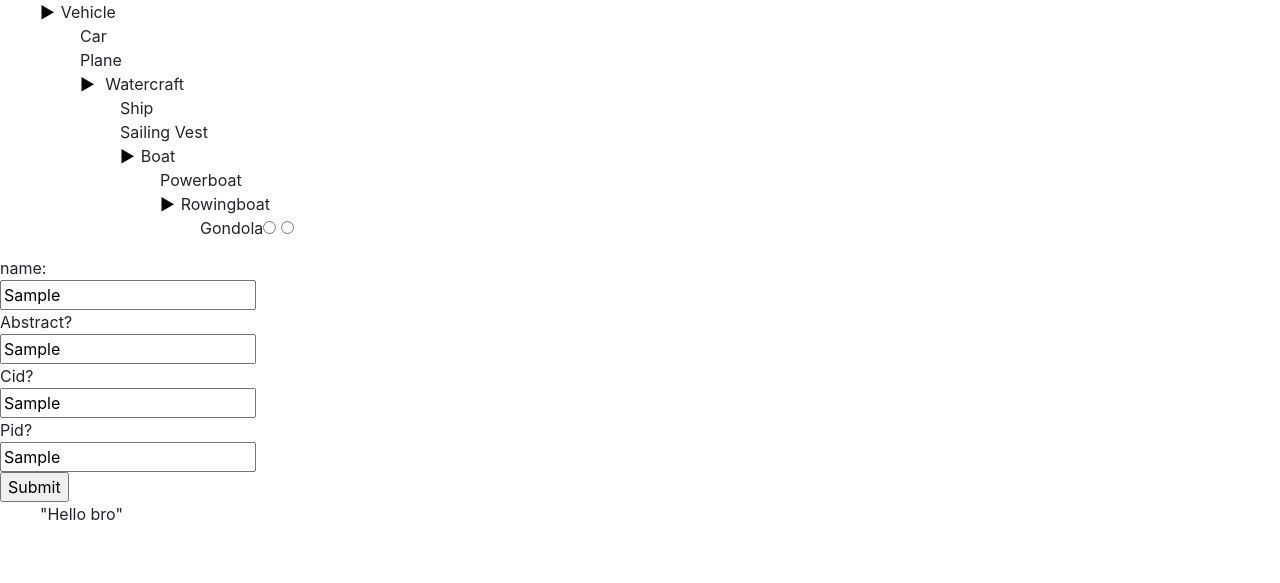
Repository: ked9268/Wonder
Page: http://localhost/cw3_mini_web_project_kjw42/WEB-INF/mainpage.jsp
An editor plug-in stored every save of this project. The page is shown before and after the next save, followed by the edit.
The browser window is 1280 px wide. The pictures show the whole page.
Empty fields were first filled with sample values (such as "Sample", 5 or name@example.com).
After loading, the first visible `span.caret` was clicked once.
Some web libraries are served in a nearby version. The page is served by Tomcat 9. Nobody is signed in. The template is opened directly, without the code that normally fills it, so the values that code supplies are empty.

Above is the page before, as saved 2020-01-07 21:46:29.

After the next save:
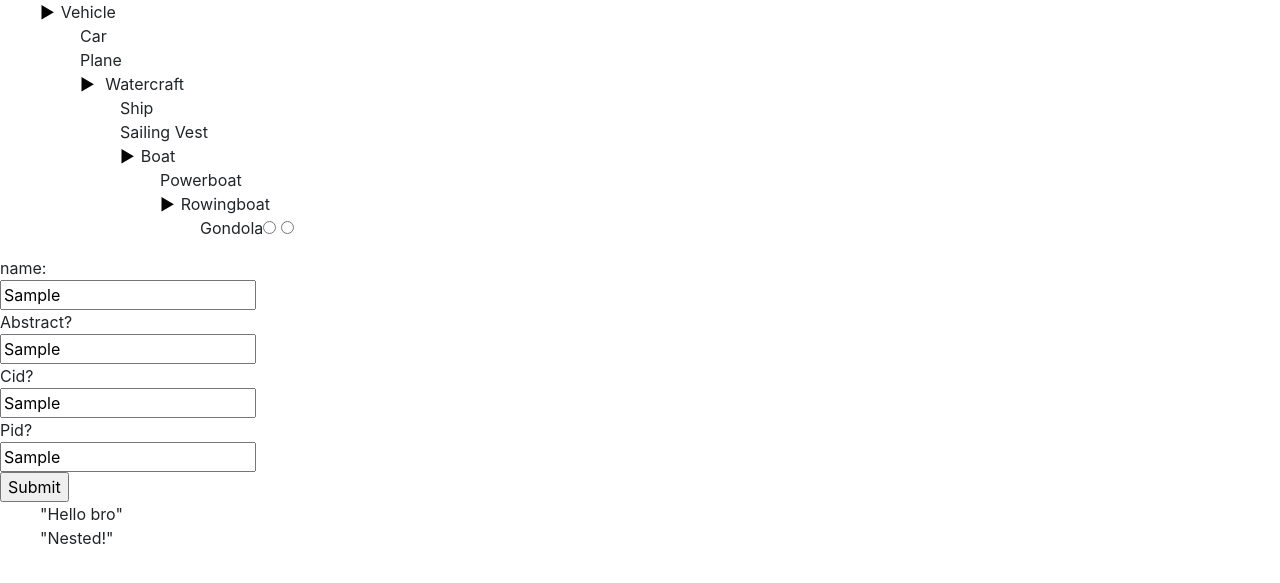
Saved 64 s later.
--- a/workspaceEE/cw3_mini_web_project_kjw42/WebContent/WEB-INF/mainpage.jsp
+++ b/workspaceEE/cw3_mini_web_project_kjw42/WebContent/WEB-INF/mainpage.jsp
@@ -79,7 +79,7 @@
 		<script>
 		function test(){
 
-			var run = '<li><a>"Hello bro"</a></li>'
+			var run = '<li><a>"Hello bro"</a><li><a>"Nested!"</a></li></li>'
 			var btn = document.createElement("UL");   // Create a <button> element
 			btn.innerHTML = run;                   // Insert text
 			document.body.appendChild(btn);
